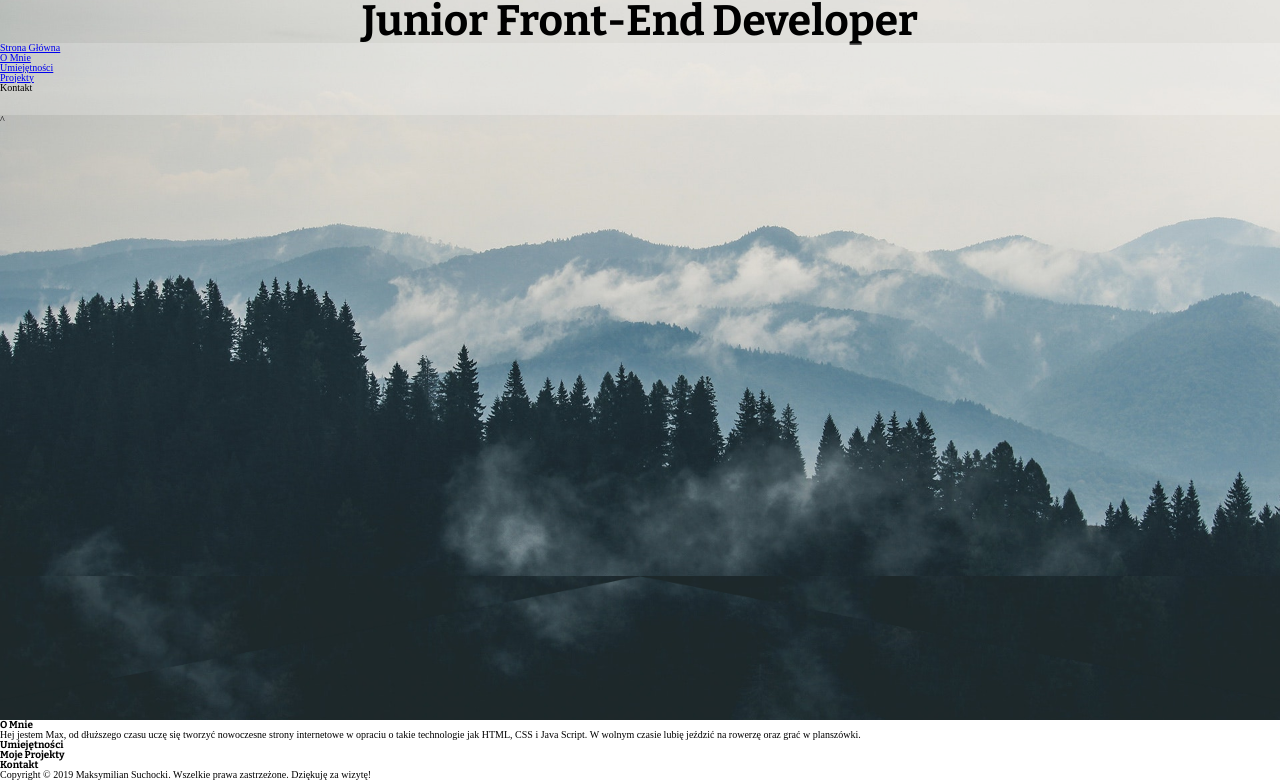
Repository: Maxs777/wizytowka
Page: index.html
The author's editor kept a copy of each file at every save. The page is drawn from the files as they stood at one save, then again after the next save.
The browser window is 1280 px wide. The pictures show the whole page.

Above is the page before, as saved 2019-03-10 12:57:31.

After the next save:
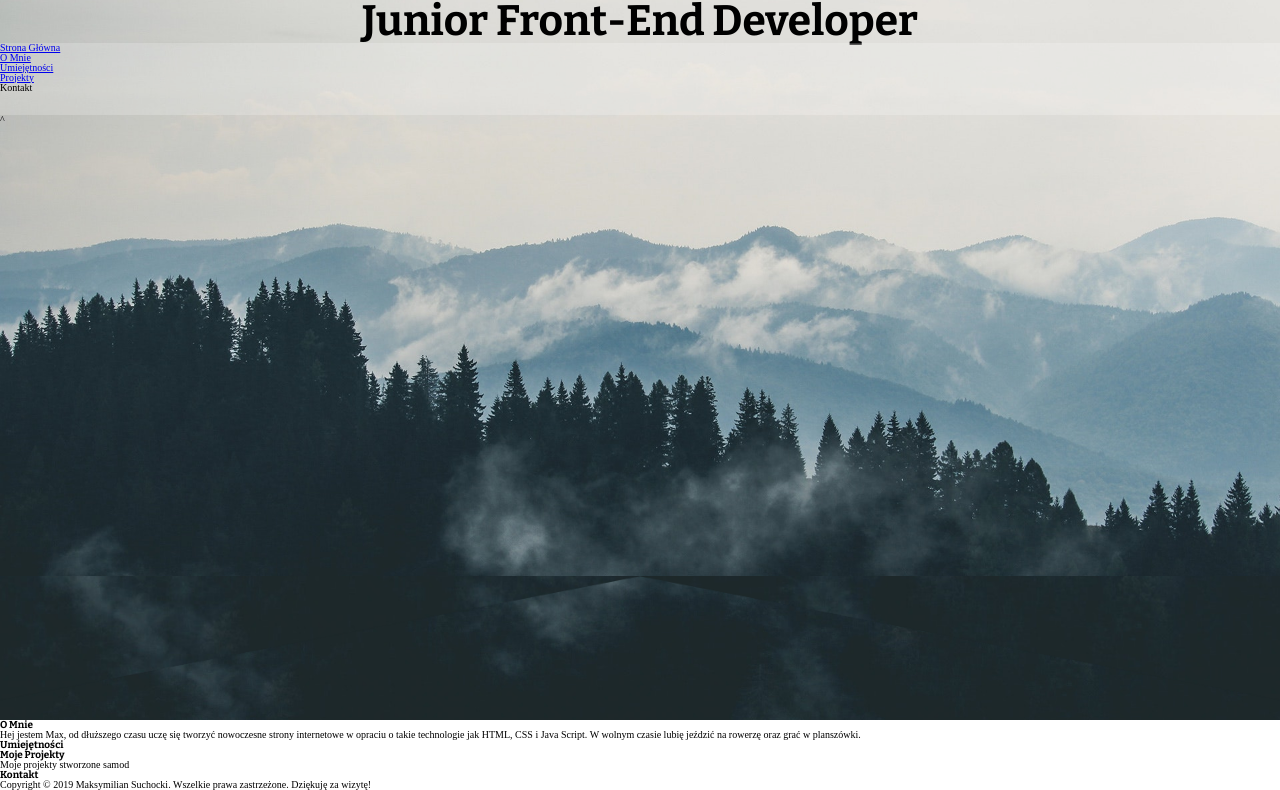
Saved 11 s later.
--- a/index.html
+++ b/index.html
@@ -45,7 +45,7 @@
             </section>
             <section id="section3" class="project">
                 <h2>Moje Projekty</h2>
-                <p></p>
+                <p>Moje projekty stworzone samod</p>
                 <div class="project"></div>
                 <div class="project"></div>
                 <div class="project"></div>
